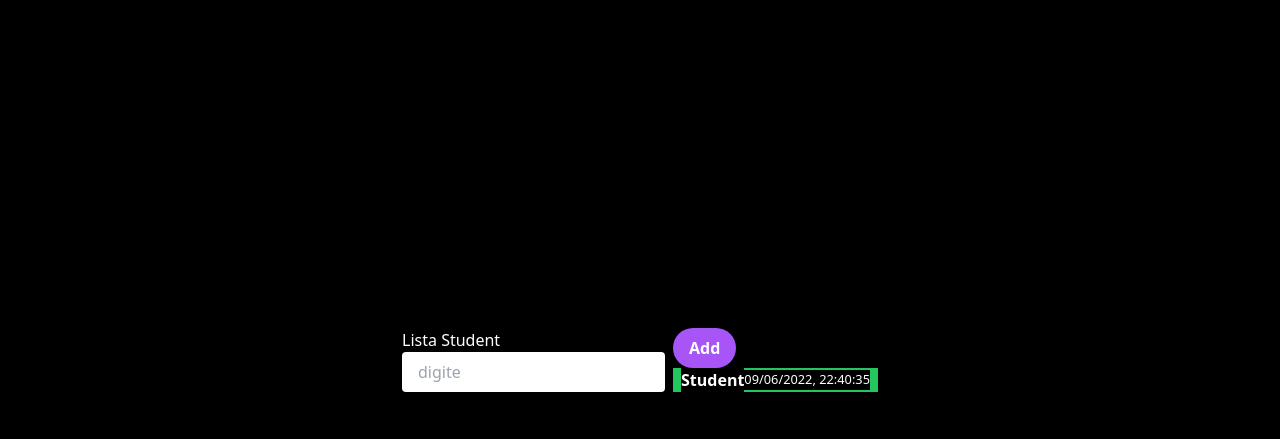
Repository: LuisSempre/FundamentosReact
Page: /, after clicking the first element matching `button.px-4`
The author's editor kept a copy of each file at every save. The page is drawn from the files as they stood at one save, then again after the next save.
The browser window is 1280 px wide. The pictures show the whole page.
The project was rebuilt for these pictures with package versions that can differ from the ones it lists, and the page was loaded fresh each time. Also part of the build but not shown: vite.config.js.

Above is the page before, as saved 2022-06-28 18:21:41.

### src/main.jsx
import React from 'react'
import ReactDOM from 'react-dom/client'
import { Home } from './pages/Home'
import './index.css'

ReactDOM.createRoot(document.getElementById('root')).render(
  <React.StrictMode>
    <Home />
  </React.StrictMode>
)

### src/pages/Home.jsx
import { useState } from "react";
import { Card } from "../components/Card";

export function Home() {
  const [student, setStudent] = useState("Student");
  const [students, setStudents] = useState([]);

  function studentAdd() {
    const newStudent = {
      name: student,
      time: new Date().toLocaleDateString("pt-br", {
        hour: "2-digit",
        minute: "2-digit",
        second: "2-digit",
      }),
    };
    setStudents((prevState) => [...prevState, newStudent]);
  }
  return (
    <div className="flex items-center justify-center min-h-screen space-x-2">
      <div>
        <h1>Lista {student} </h1>

        <input
          onChange={(e) => setStudent(e.target.value)}
          className="px-4 py-2 text-black bg-white rounded"
          type="text"
          placeholder="digite"
        />
      </div>
      <div>
        <button
        className="px-4 py-2 font-bold bg-purple-500 rounded-full"
        onClick={studentAdd}>Add</button>
        {students.map((student) => (
          <Card name={student.name} time={student.time} />
        ))}
      </div>
    </div>
  );
}

### src/index.css
@tailwind base;
@tailwind components;
@tailwind utilities;

* {
    @apply bg-black text-white;
}

### src/components/Card.jsx
export function Card(props) {
  return (
    <div className="flex items-center justify-between px-2 bg-green-500">
      <strong>{props.name}</strong>
      <small>{props.time}</small>
    </div>
  );
}

Loaded but not shown: index.html (common file); tailwind.config.js (common file)

After the next save:
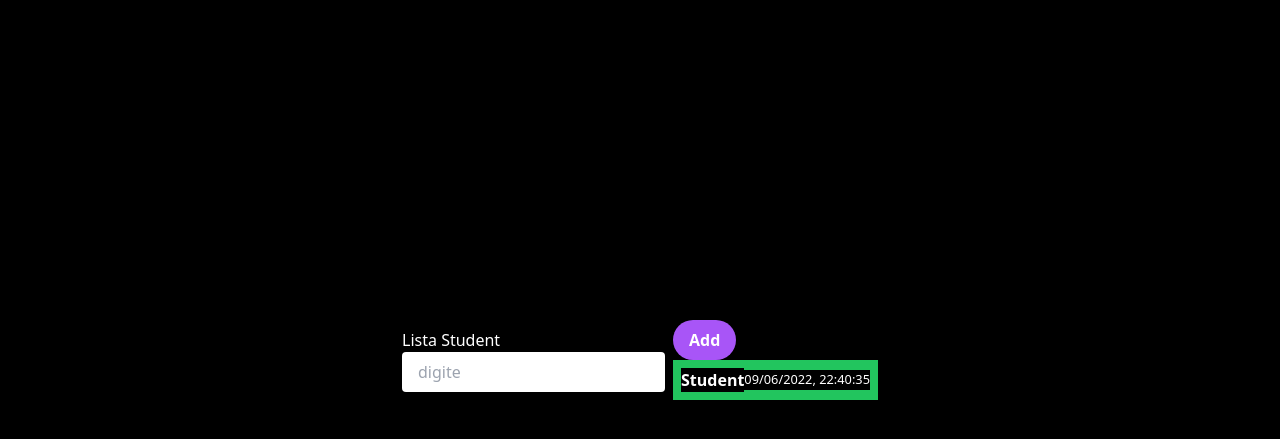
Saved 8 s later.
--- a/src/components/Card.jsx
+++ b/src/components/Card.jsx
@@ -1,6 +1,6 @@
 export function Card(props) {
   return (
-    <div className="flex items-center justify-between px-2 bg-green-500">
+    <div className="flex items-center justify-between px-2 py-2 bg-green-500">
       <strong>{props.name}</strong>
       <small>{props.time}</small>
     </div>
